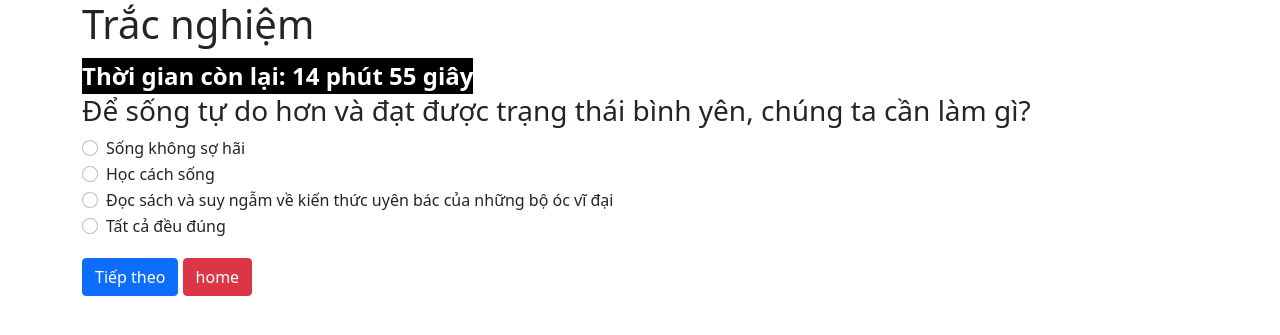
Repository: tran-thien-nhan/quiz_tlln
Page: daily_stoic_quiz.html
These files come from the project's save history. The page is drawn as it stood at one moment and after the next save; the edit follows.
The browser window is 1280 px wide. The pictures show the whole page.

Above is the page before, as saved 2023-06-25 19:27:06.

### daily_stoic_quiz.html
<!DOCTYPE html>
<html lang="en">

<head>
    <meta charset="UTF-8">
    <meta name="viewport" content="width=device-width, initial-scale=1.0">
    <title>Trắc nghiệm</title>
    <link rel="stylesheet" href="https://cdnjs.cloudflare.com/ajax/libs/bootstrap/5.0.2/css/bootstrap.min.css">
    <style>
        .question {
            margin-bottom: 20px;
        }
    </style>
</head>

<body>
    <div class="container">
        <h1>Trắc nghiệm</h1>
        <div id="timeclock"></div>
        <div class="question" id="questionContainer">
            <h3 id="question"></h3>
            <div class="form-check">
                <input class="form-check-input" type="radio" name="answer" id="answer1">
                <label class="form-check-label" for="answer1" id="answerText1"></label>
            </div>
            <div class="form-check">
                <input class="form-check-input" type="radio" name="answer" id="answer2">
                <label class="form-check-label" for="answer2" id="answerText2"></label>
            </div>
            <div class="form-check">
                <input class="form-check-input" type="radio" name="answer" id="answer3">
                <label class="form-check-label" for="answer3" id="answerText3"></label>
            </div>
            <div class="form-check">
                <input class="form-check-input" type="radio" name="answer" id="answer4">
                <label class="form-check-label" for="answer4" id="answerText4"></label>
            </div>
            <span id="result"></span>
        </div>

        <button class="btn btn-primary" id="nextButton">Tiếp theo</button>
        <span id="score"></span>
        <a href="index.html" class="btn btn-danger" id="home">home</a>
    </div>

    <!-- Modal -->
    <div class="modal fade" id="myModal" tabindex="-1" aria-labelledby="exampleModalLabel" aria-hidden="true">
        <div class="modal-dialog">
            <div class="modal-content">
                <div class="modal-header">
                    <h5 class="modal-title" id="exampleModalLabel">Thông báo</h5>
                    <button type="button" class="btn-close" data-bs-dismiss="modal" aria-label="Close"></button>
                </div>
                <div class="modal-body">
                    Bạn có 15 phút để làm trắc nghiệm.
                </div>
            </div>
        </div>
    </div>

    <script src="https://cdnjs.cloudflare.com/ajax/libs/bootstrap/5.0.2/js/bootstrap.bundle.min.js"></script>
    <script>
        // Đọc câu hỏi từ tệp JSON
        fetch("daily_stoic.json")
            .then(response => response.json())
            .then(data => {
                const questions = data.questions;

                // Lấy ngẫu nhiên 20 câu hỏi
                const randomQuestions = getRandomElements(questions, 3);

                let currentQuestionIndex = 0;
                let score = 0;
                let timeRemaining = 900; // 15 phút * 60 giây = 900 giây

                const questionContainer = document.getElementById("questionContainer");
                const questionElement = document.getElementById("question");
                const answerTextElements = [
                    document.getElementById("answerText1"),
                    document.getElementById("answerText2"),
                    document.getElementById("answerText3"),
                    document.getElementById("answerText4")
                ];
                const resultElement = document.getElementById("result");
                const nextButton = document.getElementById("nextButton");
                const scoreElement = document.getElementById("score");

                // Cập nhật câu hỏi và câu trả lời
                function updateQuestion() {
                    const question = randomQuestions[currentQuestionIndex];
                    questionElement.textContent = question.question;
                    resultElement.textContent = "";

                    for (let i = 0; i < answerTextElements.length; i++) {
                        answerTextElements[i].textContent = question.choices[i];
                    }
                }

                // Kiểm tra câu trả lời
                function checkAnswer() {
                    const question = randomQuestions[currentQuestionIndex];
                    const selectedAnswer = document.querySelector('input[name="answer"]:checked');

                    if (selectedAnswer) {
                        const selectedAnswerText = selectedAnswer.nextElementSibling.textContent;

                        if (selectedAnswerText === question.correctAnswer) {
                            score += 1;
                            resultElement.textContent = "Đúng";
                            resultElement.style.color = "green";
                        } else {
                            resultElement.textContent = "Sai";
                            resultElement.style.color = "red";
                        }

                        setTimeout(() => {
                            currentQuestionIndex++;

                            if (currentQuestionIndex < randomQuestions.length) {
                                updateQuestion();
                                selectedAnswer.checked = false;
                                nextButton.disabled = true;
                                setTimeout(() => {
                                    nextButton.disabled = false;
                                }, 200);
                            } else {
                                clearInterval(timerInterval);
                                questionContainer.style.display = "none";
                                nextButton.style.display = "none";
                                const finalScore = (score / randomQuestions.length) * 10;
                                scoreElement.textContent = `Tổng điểm: ${finalScore.toFixed(1)}`;
                                scoreElement.style.display = "block";
                                scoreElement.style.fontWeight = "bold";

                                if (finalScore > 5) {
                                    scoreElement.style.color = "green"; // Màu xanh lá cây nếu tổng điểm lớn hơn 5
                                } else {
                                    scoreElement.style.color = "red"; // Màu đỏ nếu tổng điểm nhỏ hơn hoặc bằng 5
                                }

                                scoreElement.style.fontSize = "2rem";

                                if (timeRemaining === 0) {
                                    questionContainer.style.display = "none";
                                    nextButton.style.display = "none";
                                } else {
                                    questionContainer.style.display = "none";
                                    nextButton.style.display = "none";
                                    const minutes = Math.floor((15 * 60 - timeRemaining) / 60);
                                    const seconds = (15 * 60 - timeRemaining) % 60;
                                    timerElement.textContent = `Bạn đã làm xong trong: ${minutes} phút ${seconds} giây`;
                                    timerElement.style.backgroundColor = "white";
                                    timerElement.style.color = "black";
                                }
                            }
                        }, 200);
                    }
                }

                // Xử lý sự kiện khi nhấn nút "Tiếp theo"
                nextButton.addEventListener("click", () => {
                    checkAnswer();
                });

                // Bắt đầu trắc nghiệm
                updateQuestion();

                // Đồng hồ đếm ngược
                const timerElement = document.createElement("div");
                timerElement.style.fontSize = "24px";
                timerElement.style.fontWeight = "bold";
                timerElement.style.marginTop = "10px";
                timerElement.style.textAlign = "center";
                timerElement.style.color = "white";
                timerElement.style.backgroundColor = "black";
                timerElement.style.width = "fit-content";
                timeclock.appendChild(timerElement);

                const timerInterval = setInterval(() => {
                    timeRemaining--;
                    const minutes = Math.floor(timeRemaining / 60);
                    const seconds = timeRemaining % 60;
                    timerElement.textContent = `Thời gian còn lại: ${minutes} phút ${seconds} giây`;

                    if (timeRemaining === 0) {
                        clearInterval(timerInterval);
                        questionContainer.style.display = "none";
                        nextButton.style.display = "none";
                        const finalScore = (score / randomQuestions.length) * 10;
                        scoreElement.textContent = `Tổng điểm: ${finalScore.toFixed(1)}`;
                        scoreElement.style.display = "block";
                        scoreElement.style.fontWeight = "bold";
                        scoreElement.style.color = "red";
                        scoreElement.style.fontSize = "2rem";
                    }
                }, 1000);

                // Hiển thị modal thông báo
                const modal = new bootstrap.Modal(document.getElementById("myModal"));
                modal.show();

                // Tự động đóng modal sau 3 giây
                setTimeout(() => {
                    modal.hide();
                }, 3000);
            })
            .catch(error => {
                console.error("Error:", error);
            });

        // Hàm lấy ngẫu nhiên các phần tử từ một mảng
        function getRandomElements(array, numElements) {
            const shuffledArray = array.sort(() => Math.random() - 0.5);
            return shuffledArray.slice(0, numElements);
        }
    </script>
</body>

</html>

### daily_stoic.json
{
    "questions": [
      {
        "question": "Công việc quan trọng hàng đầu trong đời là gì?",
        "image": "",
        "choices": [
          "Nhận diện và phân biệt được những vấn đề",
          "Kiểm soát yếu tố ngoại cảnh",
          "Quyết định cho chính mình",
          "Thay đổi tương lai"
        ],
        "correctAnswer": "Nhận diện và phân biệt được những vấn đề"
      },
      {
        "question": "Theo Epictetus, nhận diện tốt xấu là để nhận diện điều gì?",
        "image": "",
        "choices": [
          "Nhận diện tốt xấu của người khác",
          "Nhận diện tốt xấu của yếu tố ngoại cảnh",
          "Nhận diện tốt xấu cho quyết định của chính mình",
          "Nhận diện tốt xấu của tương lai"
        ],
        "correctAnswer": "Nhận diện tốt xấu cho quyết định của chính mình"
      },
      {
        "question": "Công việc quan trọng nhất trong việc thực hành Chủ nghĩa Khắc kỷ là gì?",
        "image": "",
        "choices": [
          "Phân biệt những thứ không thể thay đổi và những thứ có thể thay đổi",
          "Chỉ phân biệt những thứ có thể thay đổi",
          "Kiểm soát những thứ nằm ngoài tầm kiểm soát",
          "Thay đổi tương lai"
        ],
        "correctAnswer": "Phân biệt những thứ không thể thay đổi và những thứ có thể thay đổi"
      },
      {
        "question": "Điều gì là không thể thay đổi và không thể kiểm soát?",
        "image": "",
        "choices": [
          "Thời tiết, chiều cao",
          "Quốc gia sinh ra, sự thích hợp của người khác",
          "Điều kiện gia đình, tuổi tác",
          "cả 3 điều trên"
        ],
        "correctAnswer": "cả 3 điều trên"
      },
      {
        "question": "Lời nguyện An tĩnh được nhắm đến việc gì?",
        "image": "",
        "choices": [
          "Nhận diện được những điều không thể thay đổi",
          "Nhận diện được những điều có thể thay đổi",
          "Nhận diện được hai điều trên",
          "Nhận diện được tương lai"
        ],
        "correctAnswer": "Nhận diện được hai điều trên"
      },
      {
        "question": "Người nghiện ngập ở hiện tại có thể thay đổi được điều gì?",
        "image": "",
        "choices": [
          "Quá khứ, lựa chọn của mình",
          "Qúa khứ, tương lai",
          "Tương lai, sức mạnh hiện tại",
          "Quá khứ, hiện tại"
        ],
        "correctAnswer": "Tương lai, sức mạnh hiện tại"
      },
      {
        "question": "Điều gì sẽ xảy ra nếu chúng ta tập trung vào việc xác định những thứ nằm trong và ngoài tầm kiểm soát của bản thân?",
        "image": "",
        "choices": [
          "Chúng ta sẽ trở nên hạnh phúc hơn",
          "Chúng ta sẽ có lợi thế hơn so với những người đấu tranh trong vô vọng",
          "Chúng ta sẽ đấu tranh trong vô vọng",
          "Chúng ta sẽ tìm ra sự thay đổi"
        ],
        "correctAnswer": "Chúng ta sẽ có lợi thế hơn so với những người đấu tranh trong vô vọng"
      },
      {
        "question": "Thành quả của việc thực hiện theo lời dạy của epictetus là gì trong GIÁO DỤC LÀ TỰ DO ?",
        "image": "",
        "choices": [
          "Sự thanh thản",
          "Lòng dũng cảm",
          "Sự tự do",
          "Tất cả đều đúng"
        ],
        "correctAnswer": "Tất cả đều đúng"
      },
      {
        "question": "Đặt niềm tin vào ai trong việc được giáo dục đúng cách?",
        "image": "",
        "choices": [
          "Kẻ tự do",
          "Những người trân quý kiến thức thật sự",
          "Số đông",
          "Tất cả đều sai"
        ],
        "correctAnswer": "Những người trân quý kiến thức thật sự"
      },
      {
        "question": "Để sống tự do hơn và đạt được trạng thái bình yên, chúng ta cần làm gì?",
        "image": "",
        "choices": [
          "Sống không sợ hãi",
          "Học cách sống",
          "Đọc sách và suy ngẫm về kiến thức uyên bác của những bộ óc vĩ đại",
          "Tất cả đều đúng"
        ],
        "correctAnswer": "Tất cả đều đúng"
      },
      {
        "question": "Việc tự học và tiếp thu kiến thức được coi như chìa khóa dẫn đến điều gì?",
        "image": "",
        "choices": [
          "Tự do",
          "Kiến thức",
          "Sự uyên bác",
          "Trạng thái bình yên"
        ],
        "correctAnswer": "Tự do"
      },
      {
        "question": "Điều gì sẽ xảy ra nếu chúng ta không nhận thức được những gì mình đã đánh mất?",
        "image": "",
        "choices": [
          "Chúng ta sẽ sống bình thường",
          "Chúng ta sẽ chết dần chết mòn",
          "Chúng ta sẽ tìm lại được những gì đã mất",
          "Chúng ta sẽ hối tiếc"
        ],
        "correctAnswer": "Chúng ta sẽ chết dần chết mòn"
      },
      {
        "question": "Trước những thứ không quan trọng, chúng ta nên làm gì để lấy lại chút thời gian?",
        "image": "",
        "choices": [
          "Nói 'Không'",
          "Tham gia với số đông",
          "Tự hỏi làm sao để kiểm soát kỹ",
          "Hối tiếc về những điều đã làm"
        ],
        "correctAnswer": "Nói 'Không'"
      },
      {
        "question": "Nói 'Không' trước những thứ không quan trọng có thể gây hại đến ai?",
        "image": "",
        "choices": [
          "Bản thân chúng ta",
          "Những người khác",
          "Không có ai",
          "Chúng ta sẽ cảm thấy tổn thương"
        ],
        "correctAnswer": "Những người khác"
      },
      {
        "question": "Việc từ chối những thứ không quan trọng cho phép chúng ta có thời gian cho điều gì?",
        "image": "",
        "choices": [
          "Những điều thật sự cần thiết",
          "Sống và tận hưởng cuộc sống của chính mình",
          "Cuộc sống bình thường",
          "Đạt được thành công"
        ],
        "correctAnswer": "Sống và tận hưởng cuộc sống của chính mình"
      },
      {
        "question": "Ba nguyên tắc quan trọng nhất trong triết lý Khắc kỷ là gì?",
        "image": "",
        "choices": [
          "Nhận thức, hành động, ý chí",
          "Chắc chắn, hành động, biết ơn",
          "Kiểm soát nhận thức, hành động đúng đắn, sẵn lòng chấp nhận",
          "Kiểm soát, hành động, triết lý"
        ],
        "correctAnswer": "Kiểm soát nhận thức, hành động đúng đắn, sẵn lòng chấp nhận"
      },
      {
        "question": "Theo triết lý Khắc kỷ, điều gì là thiết yếu trong việc kiểm soát nhận thức của bạn?",
        "image": "",
        "choices": [
          "Niềm tin độc đáo của các nhà Khắc kỷ",
          "Triết lý của Heraclitus và Zeno",
          "Sự phán xét ở thời điểm hiện tại",
          "Ý chí và ý thức của bản thân"
        ],
        "correctAnswer": "Sự phán xét ở thời điểm hiện tại"
      },
      {
        "question": "Hành động một cách đúng đắn là một trong ba phần thiết yếu của triết lý Khắc kỷ. Điều gì được ám chỉ bởi việc hành động đúng đắn?",
        "image": "",
        "choices": [
          "Tìm hiểu về Heraclitus và Zeno",
          "Đạt được sự phán xét chắc chắn",
          "Hành động vì lợi ích chung trong thời điểm hiện tại",
          "Thể hiện triết lý của các nhà Khắc kỷ"
        ],
        "correctAnswer": "Hành động vì lợi ích chung trong thời điểm hiện tại"
      },
      {
        "question": "Điều gì là sự chuẩn bị tinh thần quan trọng để chấp nhận những gì ngoài tầm kiểm soát của bạn?",
        "image": "",
        "choices": [
          "Sự biết ơn với mọi điều bạn đã nhận được",
          "Sự tận hưởng cuộc sống hàng ngày",
          "Ý chí và ý thức của bản thân",
          "Sự phán xét ở thời điểm hiện tại"
        ],
        "correctAnswer": "Sự biết ơn với mọi điều bạn đã nhận được"
      },
      {
        "question": "Bạn đến sân bay muộn và chuyến bay của bạn đã cất cánh. Bạn rất tức giận vì đã bỏ lỡ chuyến bay. Bạn nên làm gì?",
        "image": "",
        "choices": [
          "Gào thét vào mặt nhân viên đại diện của hãng hàng không",
          "Ngồi lại và suy nghĩ về những điều bạn có thể kiểm soát",
          "Hủy bỏ hành trình và trở về nhà",
          "Buồn bã và căng thẳng trong suốt cả ngày"
        ],
        "correctAnswer": "Ngồi lại và suy nghĩ về những điều bạn có thể kiểm soát"
      },
      {
        "question": "Bạn muốn thay đổi chiều cao của mình và nước sống ở một đất nước khác. Bạn nên làm gì?",
        "image": "",
        "choices": [
          "Cố gắng ước mơ và thay đổi chiều cao của mình",
          "Đau khổ vì không thể thay đổi điều đó",
          "Tìm hiểu về các phương pháp tăng chiều cao và di cư",
          "Chấp nhận chiều cao của mình và tận hưởng cuộc sống hiện tại"
        ],
        "correctAnswer": "Chấp nhận chiều cao của mình và tận hưởng cuộc sống hiện tại"
      },
      {
        "question": "Bạn muốn có một người bạn đồng hành và thích bạn. Bạn nên làm gì?",
        "image": "",
        "choices": [
          "Cố gắng làm cho người đó thích bạn",
          "Đau khổ vì không thể khiến người đó thích bạn",
          "Tự thay đổi và cải thiện bản thân để thu hút người khác",
          "Chấp nhận sự thật rằng không thể khiến một người thích mình"
        ],
        "correctAnswer": "Tự thay đổi và cải thiện bản thân để thu hút người khác"
      },
      {
        "question": "Bạn đã trải qua quá khứ đau khổ và gặp rắc rối trong cuộc sống. Bạn nên làm gì?",
        "image": "",
        "choices": [
          "Mắc kẹt trong quá khứ và không thể thay đổi điều đó",
          "Ngồi lại suy nghĩ về quá khứ và phàn nàn",
          "Chấp nhận quá khứ và tập trung vào tương lai",
          "Buồn bã và cảm thấy vô vọng"
        ],
        "correctAnswer": "Chấp nhận quá khứ và tập trung vào tương lai"
      },
      {
        "question": "Theo ý kiến của Seneca, điều gì là nguyên nhân khiến con người trở nên điên dại?",
        "image": "",
        "choices": [
          "Quan điểm sai lệch về những thứ mà họ hướng tới",
          "Sự việc mà họ muốn đạt được",
          "Không có kế hoạch từ đầu đến cuối",
          "Tâm trạng chán nản"
        ],
        "correctAnswer": "Quan điểm sai lệch về những thứ mà họ hướng tới"
      },
      {
        "question": "Theo Robert Greene, việc lập kế hoạch từ đầu đến cuối có tác dụng gì?",
        "image": "",
        "choices": [
          "Tránh choáng ngợp bởi hoàn cảnh",
          "Đạt được kết quả tốt nhất",
          "Đảm bảo sự thành công",
          "Hạn chế thất bại"
        ],
        "correctAnswer": "Tránh choáng ngợp bởi hoàn cảnh"
      },
      {
        "question": "Thói quen thứ hai trong 7 Thói quen của người thành đạt là gì?",
        "image": "",
        "choices": [
          "Bắt đầu với một cái kết trong tâm trí",
          "Lập kế hoạch chi tiết từ đầu đến cuối",
          "Hình dung ra cái kết trong đầu",
          "Đặt mục tiêu cụ thể"
        ],
        "correctAnswer": "Bắt đầu với một cái kết trong tâm trí"
      },
      {
        "question": "Theo nhà Khắc kỷ, sự lạc lối và hỗn loạn trong hành vi xảy ra khi?",
        "image": "",
        "choices": [
          "Không có những nỗ lực hướng vào nguyên nhân và mục đích",
          "Quá tập trung vào kế hoạch từ đầu đến cuối",
          "Chịu trách nhiệm với những xao nhãng trong tâm hồn",
          "Không biết khi nào nói có và khi nào nói không"
        ],
        "correctAnswer": "Không có những nỗ lực hướng vào nguyên nhân và mục đích"
      },
      {
        "question": "khi mất đi sự định nghĩa, con người có thể bị lạc lối vào phương hướng nào?",
        "image": "",
        "choices": [
          "Phương hướng vô định",
          "Phương hướng cụ thể",
          "Phương hướng chính xác",
          "Phương hướng sáng suốt"
        ],
        "correctAnswer": "Phương hướng vô định"
      }
    ]
  }

After the next save:
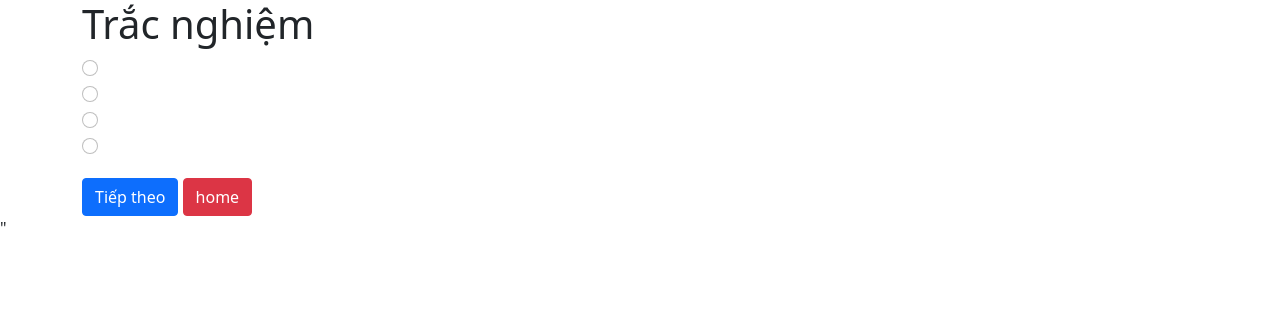
Not found: daiily_stoic.json
Saved 22 s later.
--- a/daily_stoic_quiz.html
+++ b/daily_stoic_quiz.html
@@ -19,6 +19,7 @@
         <div id="timeclock"></div>
         <div class="question" id="questionContainer">
             <h3 id="question"></h3>
+            <img src="" alt="" id="image" style="display: none; width: 20rem; height: 10rem;"> <!-- Thêm thẻ <img> để hiển thị hình ảnh -->
             <div class="form-check">
                 <input class="form-check-input" type="radio" name="answer" id="answer1">
                 <label class="form-check-label" for="answer1" id="answerText1"></label>
@@ -61,7 +62,7 @@
     <script src="https://cdnjs.cloudflare.com/ajax/libs/bootstrap/5.0.2/js/bootstrap.bundle.min.js"></script>
     <script>
         // Đọc câu hỏi từ tệp JSON
-        fetch("daily_stoic.json")
+        fetch("daiily_stoic.json")
             .then(response => response.json())
             .then(data => {
                 const questions = data.questions;
@@ -75,6 +76,7 @@
 
                 const questionContainer = document.getElementById("questionContainer");
                 const questionElement = document.getElementById("question");
+                const imageElement = document.getElementById("image");
                 const answerTextElements = [
                     document.getElementById("answerText1"),
                     document.getElementById("answerText2"),
@@ -90,6 +92,14 @@
                     const question = randomQuestions[currentQuestionIndex];
                     questionElement.textContent = question.question;
                     resultElement.textContent = "";
+
+                    // Kiểm tra xem câu hỏi có hình ảnh hay không
+                    if (question.hasOwnProperty("image") && question.image !== "") {
+                        imageElement.style.display = "block"; // Hiển thị thẻ <img>
+                        imageElement.src = question.image; // Đặt đường dẫn hình ảnh
+                    } else {
+                        imageElement.style.display = "none"; // Ẩn thẻ <img> nếu không có hình ảnh
+                    }
 
                     for (let i = 0; i < answerTextElements.length; i++) {
                         answerTextElements[i].textContent = question.choices[i];
@@ -216,4 +226,4 @@
     </script>
 </body>
 
-</html>
+</html>"
